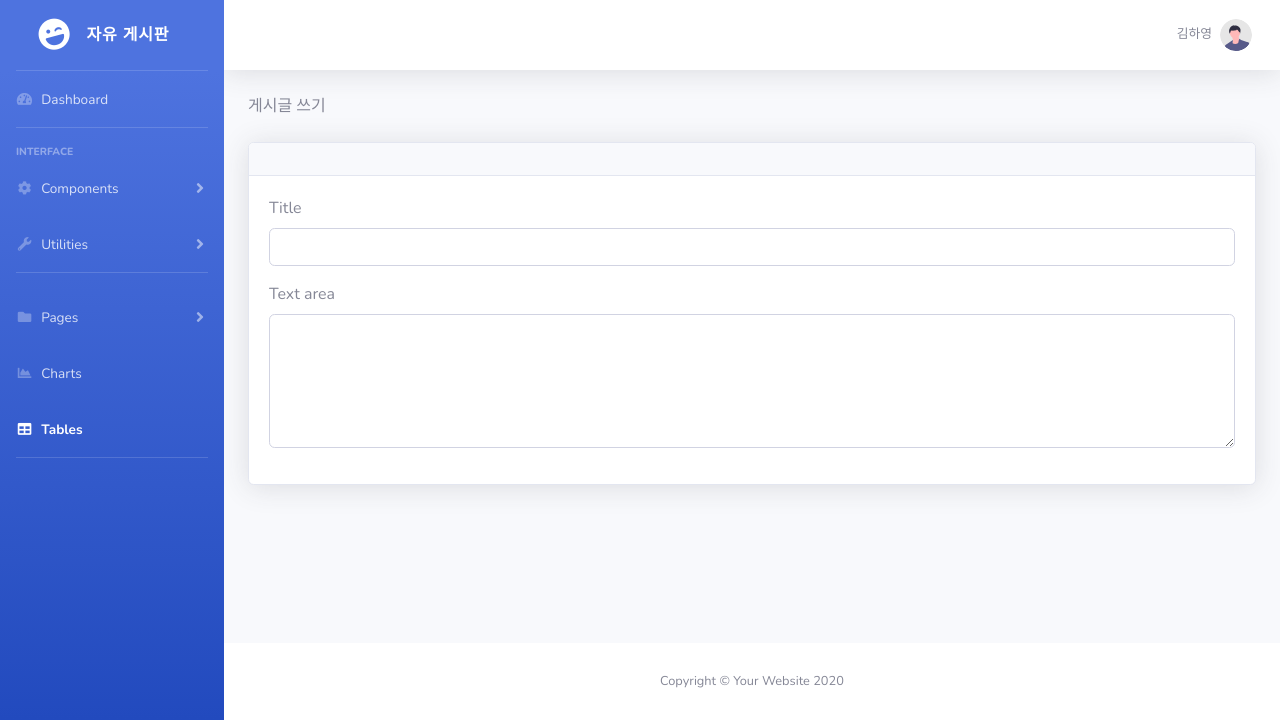
Repository: kimhayoungee/restBoard
Page: http://localhost/board/WEB-INF/views/board/register.jsp
These files come from the project's save history. The page is drawn as it stood at one moment and after the next save; the edit follows.
The browser window is 1280 px wide. The pictures show the whole page.
The page is served by Tomcat 9. Nobody is signed in. The template is opened directly, without the code that normally fills it, so the values that code supplies are empty.

Above is the page before, as saved 2021-03-03 17:55:56.

After the next save:
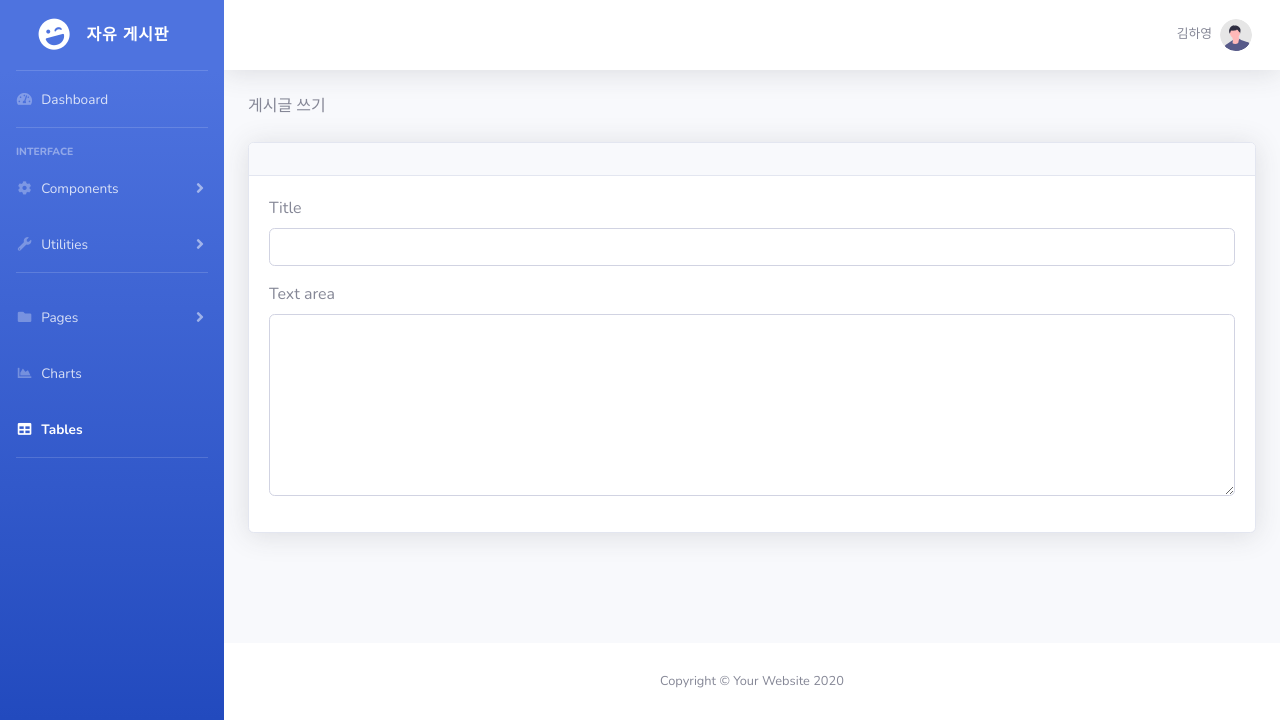
Saved 12 s later.
--- a/board/src/main/webapp/WEB-INF/views/board/register.jsp
+++ b/board/src/main/webapp/WEB-INF/views/board/register.jsp
@@ -191,7 +191,7 @@
                         	</div>
 
                         	<div class="form-group">
-                        		<label>Text area</label> <textarea class="form-control" rows="5" name='bcontent'></textarea>
+                        		<label>Text area</label> <textarea class="form-control" rows="7" name='bcontent'></textarea>
                         	</div>
                         </form>
                         </div>
